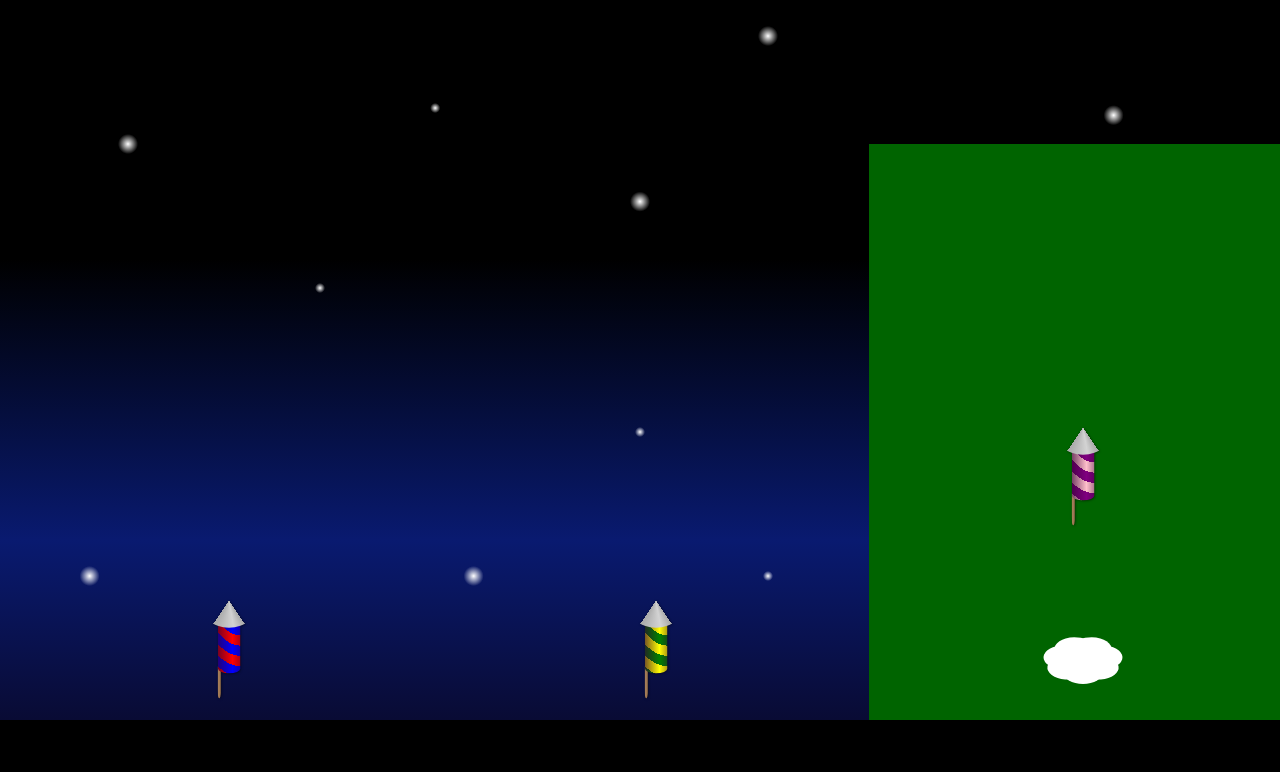
Repository: juliandecloe/CSS-To-The-Rescue---Julian-de-Cloe
Page: index.html
These files come from the project's save history. The page is drawn as it stood at one moment and after the next save; the edit follows.
The browser window is 1280 px wide. The pictures show the whole page.

Above is the page before, as saved 2022-03-10 17:36:26.

After the next save:
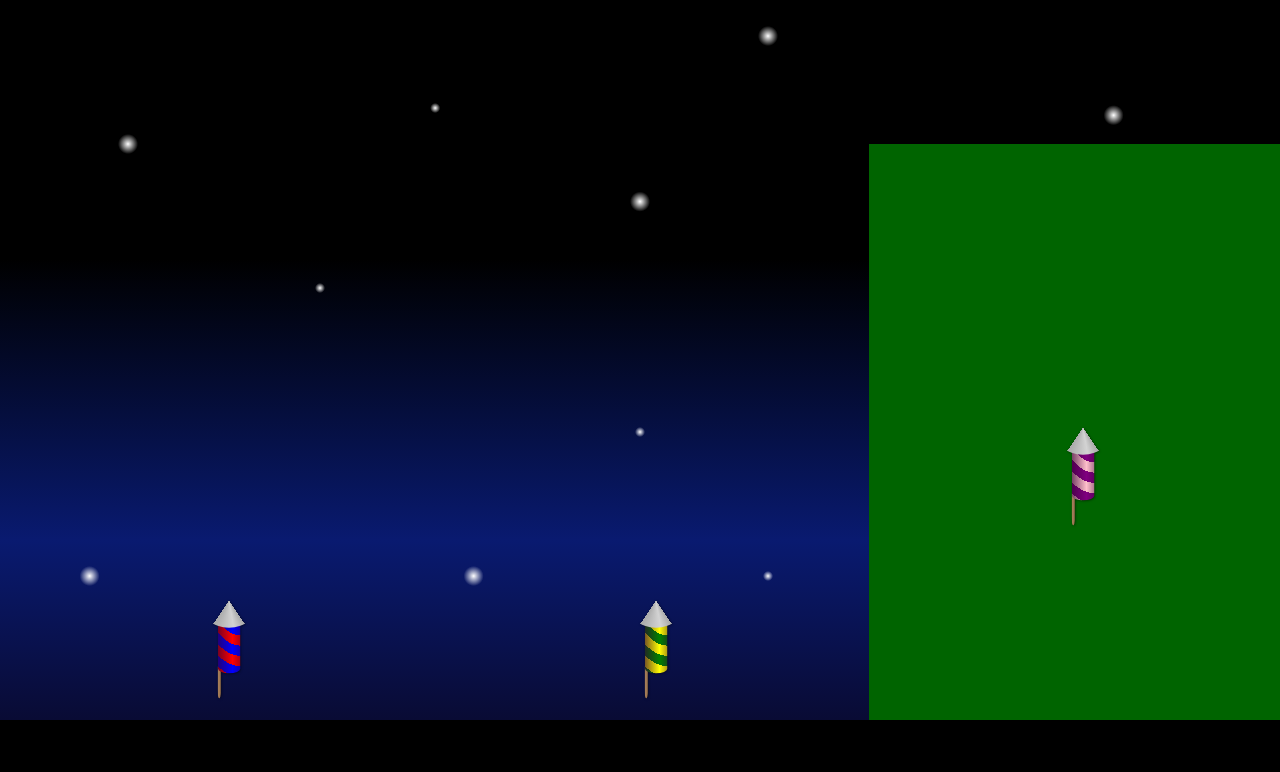
Saved 11 s later.
--- a/style.css
+++ b/style.css
@@ -589,4 +589,5 @@ section:last-child li {
 	/* border: 1px solid black; */
 	transform-origin: center top;
 	transform: var(--rotate3);
-}
+	opacity: 0;
+}
